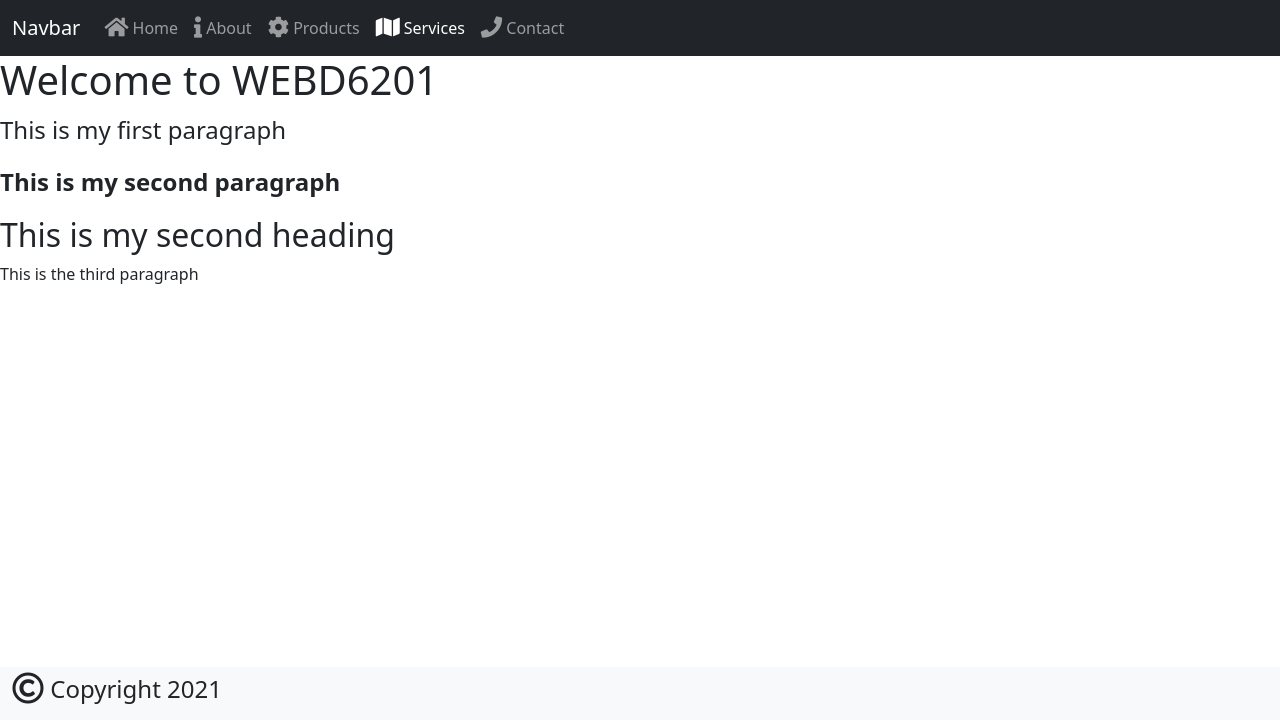
Repository: evanpalmer002/WEBD6201-ICE4
Page: services.html
An editor plug-in stored every save of this project. The page is shown before and after the next save, followed by the edit.
The browser window is 1280 px wide. The pictures show the whole page.

Above is the page before, as saved 2021-01-20 16:08:37.

### services.html
<!DOCTYPE html>
<html lang="en">
<head>
    <meta charset="UTF-8">
    <meta name="viewport" content="width=device-width, initial-scale=1.0">
    <title>WEBD6201 - ICE 1</title>
    <!-- CSS Section -->
    <link rel="stylesheet" href="./node_modules/bootstrap/dist/css/bootstrap.min.css">
    <link rel="stylesheet" href="./node_modules/@fortawesome//fontawesome-free/css/all.min.css">
    <link rel="stylesheet" href="./Content/app.css">
</head>
<body>
    <!-- Main Navigation -->
    <header>
        <nav class="navbar navbar-expand-lg navbar-dark bg-dark justify-content-end">
            <div class="container-fluid">
              <a class="navbar-brand" href="index.html">Navbar</a>
              <button class="navbar-toggler" type="button" data-bs-toggle="collapse" data-bs-target="#navbarSupportedContent" aria-controls="navbarSupportedContent" aria-expanded="false" aria-label="Toggle navigation">
                <span class="navbar-toggler-icon"></span>
              </button>
              <div class="collapse navbar-collapse" id="navbarSupportedContent">

                <ul class="navbar-nav">

                  <li class="nav-item">
                    <a id="home" class="nav-link" aria-current="page" href="index.html"><i class="fas fa-home fa-lg"></i> Home</a>
                  </li>

                  <li class="nav-item">
                    <a id="about" class="nav-link" href="about.html"><i class="fas fa-info fa-lg"></i> About</a>
                  </li>

                  <li class="nav-item">
                    <a id="products" class="nav-link" href="products.html"><i class="fas fa-cog fa-lg"></i> Products</a>
                  </li>

                  <li class="nav-item">
                    <a id="services" class="nav-link active" href="services.html"><i class="fas fa-map fa-lg"></i> Services</a>
                  </li>

                  <li class="nav-item">
                    <a id="contact" class="nav-link" href="contact.html"><i class="fas fa-phone fa-lg"></i> Contact</a>
                  </li>

                </ul>
              </div>
            </div>
          </nav>
    </header>

    <main class="container">
        <h1>Welcome to WEBD6201</h1>
        <p id="paragraphOne" class="fs-4"></p>
    </main>

    <footer>
        <nav class="navbar fixed-bottom navbar-light bg-light">
            <div class="container-fluid">
              <h4><i class="far fa-copyright fa-lg"></i> Copyright 2021</h4>
            </div>
          </nav>
    </footer>

    <!-- JavaScript Section -->
    <script src="./node_modules/jquery/dist/jquery.min.js"></script>
    <script src="./node_modules/bootstrap/dist/js/bootstrap.bundle.min.js"></script>
    <script src="./Scripts/app.js"></script>
</body>
</html>

### Scripts/app.js
/*custon javascript  goes here */

// - Immediately invoked function Expression

(function()
{
    "use strict";
    function Start()
    {
        console.log("App Started...");


        let paragraphOneContent = "This is my first paragraph"
        //Selection
        let paragraphOne = document.getElementById("paragraphOne");
        paragraphOne.textContent = paragraphOneContent;

        //Step 1 Create a new element
        let paragraphTwo = document.createElement("p");
        //Step 2 Configure the new element
        paragraphTwo.setAttribute("id", "paragraphTwo");
        paragraphTwo.textContent = "This is my second paragraph";
        paragraphTwo.className = "fs-4 fw-bold";
        //Step 3 Target the parent element
        let mainContent = document.querySelector("main");
        //Step 4 Append the new element to the parent
        mainContent.appendChild(paragraphTwo);

        let newDivTag = document.createElement("div");
        newDivTag.innerHTML =
        `<h2>This is my second heading</h2>
        <p #id = paragraphThree> This is the third paragraph </p>`;


        mainContent.append(newDivTag);

        //paragraphOne.after(newDivTag);

        //paragraphOne.before(newDivTag);

        mainContent.removeAttribute("class");
    }

    window.addEventListener("load", Start);
})();

Loaded but not shown: node_modules/bootstrap/dist/css/bootstrap.min.css (library); node_modules/@fortawesome/fontawesome-free/css/all.min.css (library); node_modules/jquery/dist/jquery.min.js (library); node_modules/bootstrap/dist/js/bootstrap.bundle.min.js (library); Content/app.css (no copy from this time; the picture is the same without it)

After the next save:
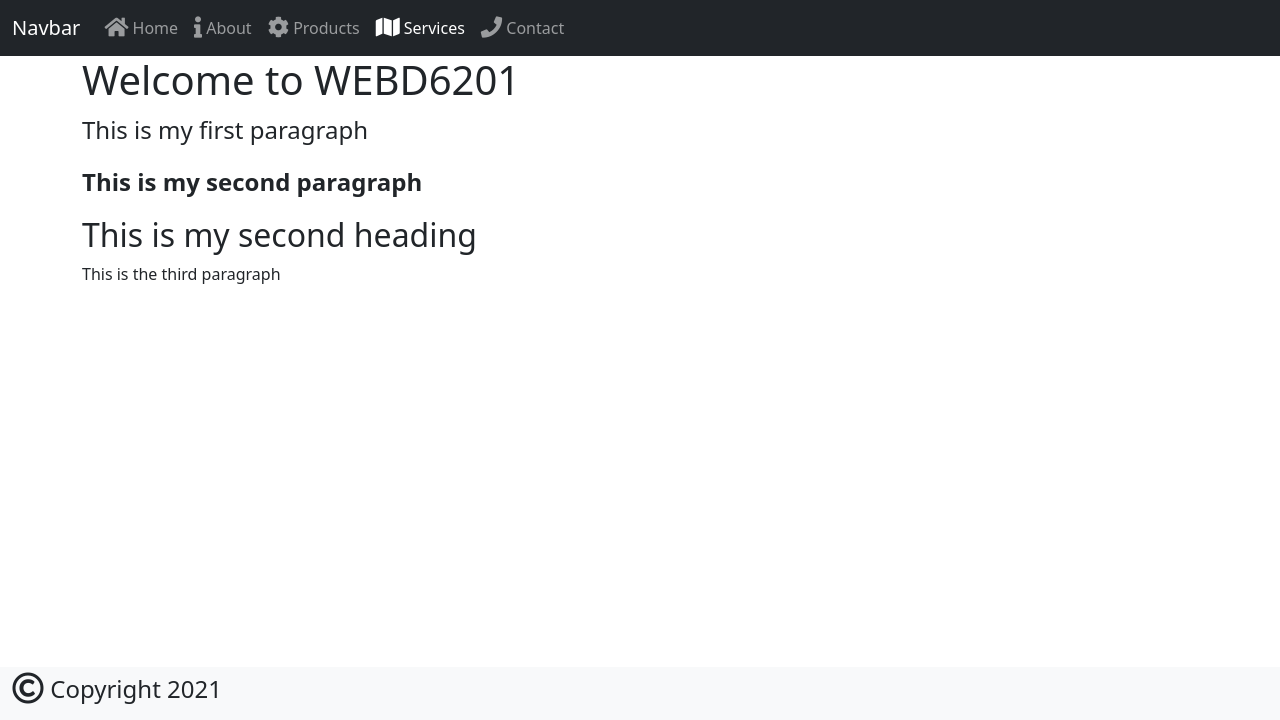
Saved 14 s later.
--- a/Scripts/app.js
+++ b/Scripts/app.js
@@ -38,7 +38,6 @@
 
         //paragraphOne.before(newDivTag);
 
-        mainContent.removeAttribute("class");
     }
 
     window.addEventListener("load", Start);
